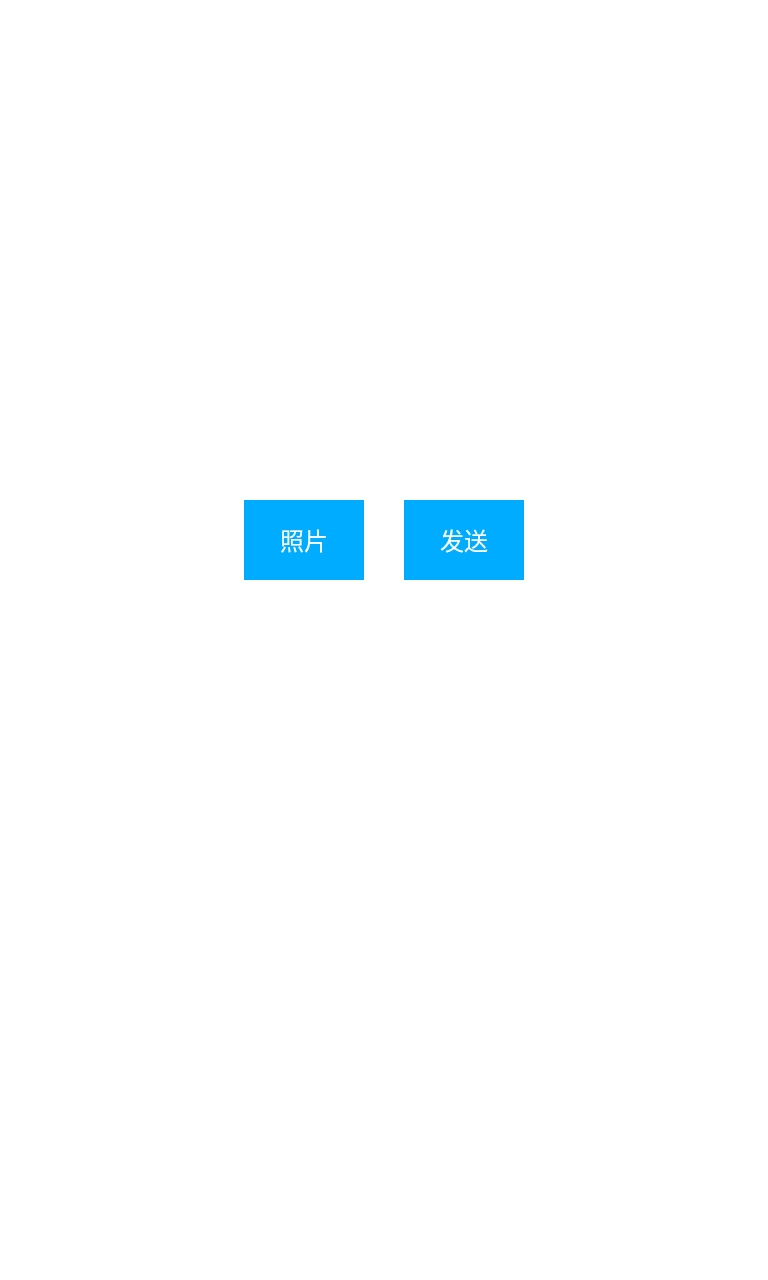
Repository: fanloveoupao/WecharTest
Layout: TestWechar/res/layout/choose_photo.xml
These files come from the project's save history. The layout is drawn as it stood at one moment and after the next save; the edit follows.
It is drawn on a 768 x 1280 px phone screen (xhdpi) without system bars, with theme AppTheme; the app's code is not run.

Above is the layout before, as saved 2015-10-09 07:47:41.

### TestWechar/res/layout/choose_photo.xml
<?xml version="1.0" encoding="utf-8"?>
<LinearLayout xmlns:android="http://schemas.android.com/apk/res/android"
    android:layout_width="match_parent"
    android:layout_height="fill_parent"
    android:gravity="center"
    android:orientation="vertical" >

    <LinearLayout
        android:id="@+id/btn_layout"
        android:layout_width="fill_parent"
        android:layout_height="wrap_content"
        android:gravity="center"
        android:orientation="horizontal" >

        <Button
            android:id="@+id/btn_choose"
            android:layout_width="60dp"
            android:layout_height="40dp"
            android:layout_marginRight="10dp"
            android:background="@drawable/button_login_bg"
            android:text="照片"
            android:textColor="@color/white"
            android:textSize="12dp" />

        <Button
            android:id="@+id/btn_send"
            android:layout_width="60dp"
            android:layout_height="40dp"
            android:layout_marginLeft="10dp"
            android:background="@drawable/button_login_bg"
            android:text="发送"
            android:textColor="@color/white"
            android:textSize="12dp" />
    </LinearLayout>

    <LinearLayout
        android:layout_width="wrap_content"
        android:layout_height="wrap_content"
        android:gravity="center" >

        <ImageView
            android:id="@+id/img"
            android:layout_width="wrap_content"
            android:layout_height="wrap_content"
            android:adjustViewBounds="true"
            android:maxHeight="400dp"
            android:maxWidth="300dp"
            android:minHeight="100dp"
            android:minWidth="100dp" />
    </LinearLayout>

</LinearLayout>

### TestWechar/res/values/styles.xml
<resources>

    <!--
        Base application theme, dependent on API level. This theme is replaced
        by AppBaseTheme from res/values-vXX/styles.xml on newer devices.











    -->
    <style name="AppBaseTheme" parent="android:Theme.Light">
        <!--
            Theme customizations available in newer API levels can go in
            res/values-vXX/styles.xml, while customizations related to
            backward-compatibility can go here.






        -->
    </style>

    <!-- Application theme. -->
    <style name="AppTheme" parent="AppBaseTheme">
        <!-- All customizations that are NOT specific to a particular API-level can go here. -->
    </style>

    <style name="animationmsg">
        <item name="android:windowEnterAnimation">@anim/msg_enter</item>
        <item name="android:windowExitAnimation">@anim/msg_exit</item>
    </style>

</resources>

### TestWechar/res/values/color.xml
<?xml version="1.0" encoding="utf-8"?>
<resources>

    <color name="white">#ffffffff</color>
    <color name="window_bg">#fff0f3f6</color>
    <color name="title_bg">#ff54acea</color>
    <color name="chat_text">#ff333333</color>
    <color name="common_top_bar_blue">#4ebcd3</color>
    <color name="btn_login_normal">#00acff</color>
    <color name="btn_login_pressed">#46678d</color>
    <color name="btn_logout_normal">#d33f3f</color>
    <color name="btn_logout_pressed">#DA5A4D</color>
    <color name="btn_register_normal">#ffffff</color>
    <color name="btn_register_pressed">#00acff</color>
    <color name="common_bottom_bar_normal_bg">#2d2f31</color>
    <color name="common_bottom_bar_selected_bg">#161718</color>
    <color name="common_botton_bar_blue">#2ea7e0</color>
    <color name="common_bg">#fcfcfc</color>
    <color name="btn_pressed_green_solid">#B6DA53</color>
    <color name="divider_list">#d4d4d4</color>
    <color name="top_bar_normal_bg">#00acff</color>
    <color name="error_item_color">#F6EBE6</color>
    <color name="bottom_bar_normal_bg">#2D2F31</color>
    <color name="bottom_text_color_normal">#ffffff</color>
    <color name="btn_white_normal">#f7f8f8</color>
    <color name="btn_white_pressed">#b5b5b6</color>
    <color name="btn_green_noraml">#68C270</color>
    <color name="btn_green_pressed">#6FCD78</color>
    <color name="btn_gray_normal">#c0c0c0</color>
    <color name="btn_gray_pressed_status">#b5b5b6</color>
    <color name="btn_gray_pressed">#666667</color>
    <color name="btn_blue_normal">#1e90ff</color>
    <color name="btn_blue_pressed">#0066FF</color>
    <color name="orange">#FFA500</color>
    <color name="gray_pressed">#b5b5b6</color>
    <color name="gray_normal">#666667</color>
    <color name="grid_state_pressed">#1Affffff</color>
    <color name="grid_state_focused">#80000000</color>
    <color name="voip_interface_text_color">#bababa</color>
    <color name="black_deep">#FF000000</color>
    <color name="btn_answer_pressed">#4ebcd3</color>
    <color name="btn_answer_normal">#2dafa3</color>

</resources>

Loaded but not shown: TestWechar/res/values-v11/styles.xml (common file); TestWechar/res/values-v14/styles.xml (common file); TestWechar/res/drawable/button_login_bg.xml (common file)

After the next save:
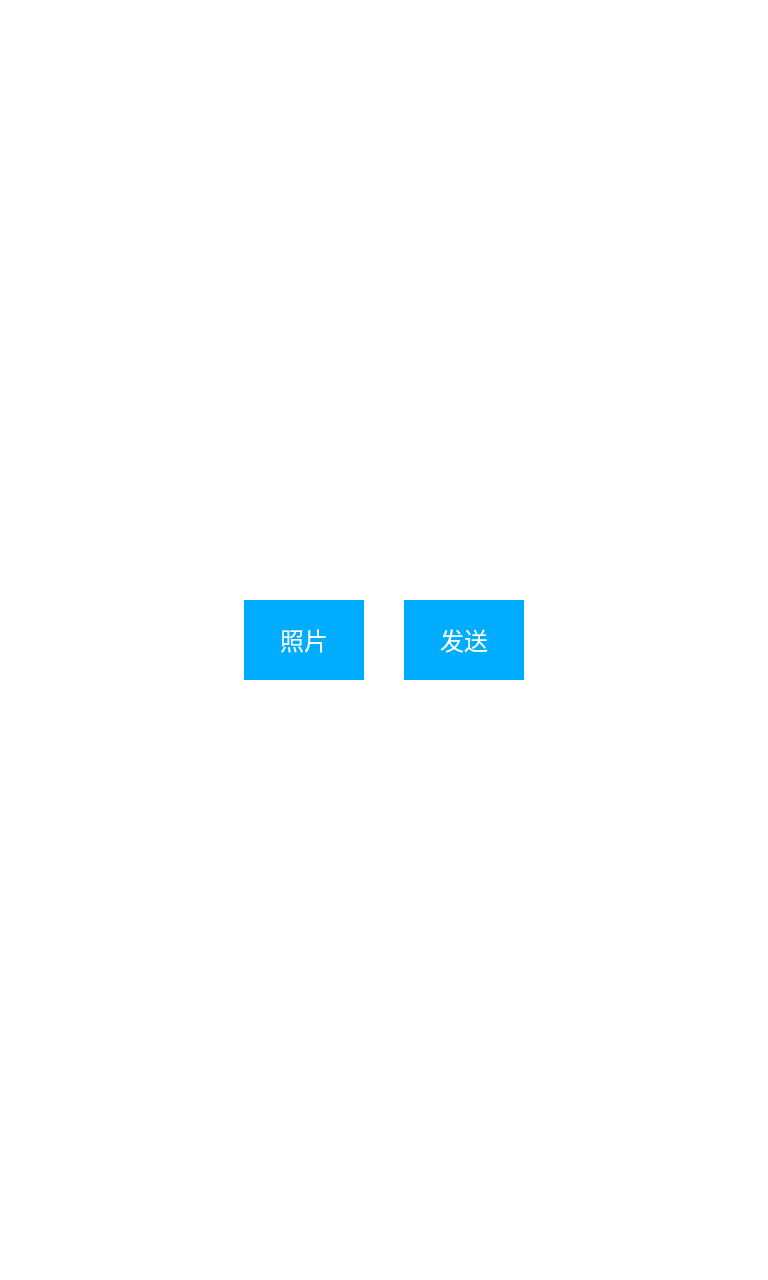
Saved 19 s later.
--- a/TestWechar/res/layout/choose_photo.xml
+++ b/TestWechar/res/layout/choose_photo.xml
@@ -2,8 +2,7 @@
 <LinearLayout xmlns:android="http://schemas.android.com/apk/res/android"
     android:layout_width="match_parent"
     android:layout_height="fill_parent"
-    android:gravity="center"
-    android:orientation="vertical" >
+    android:gravity="center" >
 
     <LinearLayout
         android:id="@+id/btn_layout"
